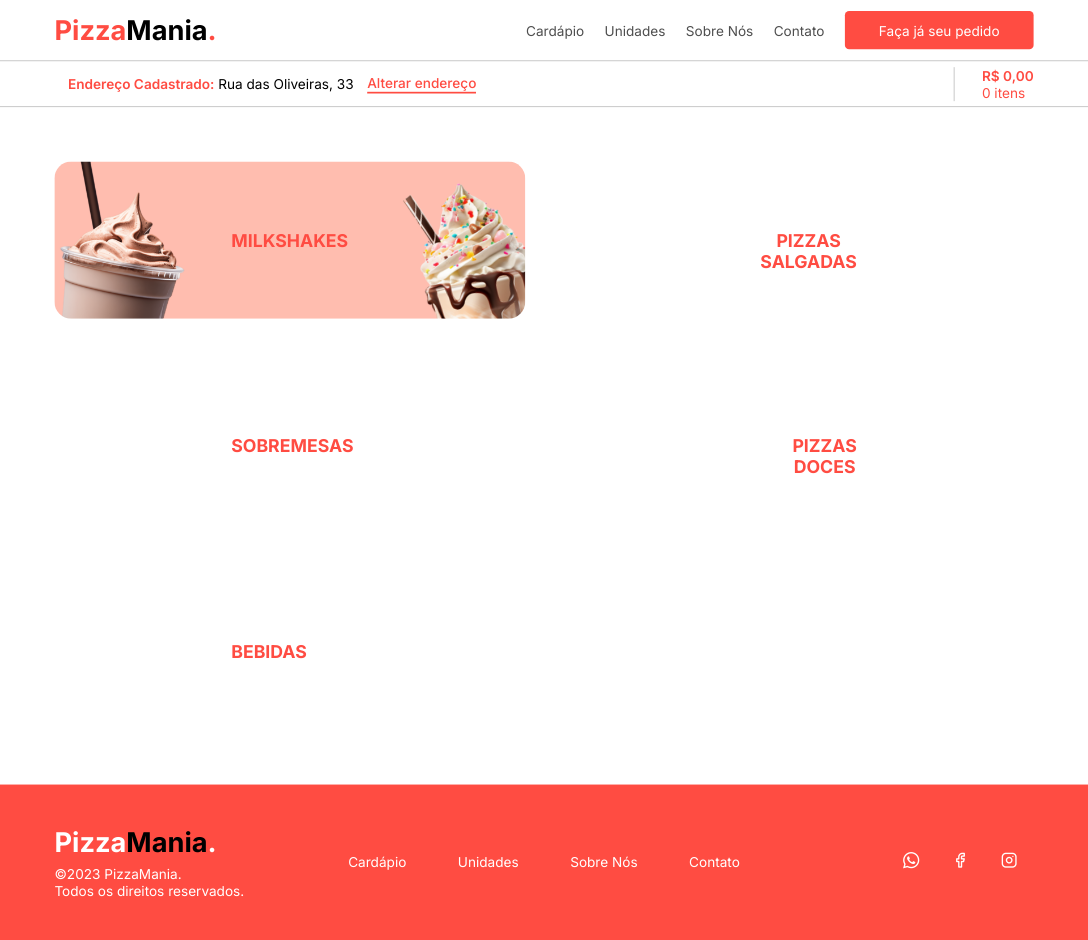
Repository: lucas-albuq/PizzaMania
Page: assets/pages/cardapio.html
The author's editor kept a copy of each file at every save. The page is drawn from the files as they stood at one save, then again after the next save.
The browser window is 1280 px wide. The pictures show the whole page, at 85% of full size.
Some icons come from a web library that is not loaded, so they are not drawn. Some web libraries are served in a nearby version.

Above is the page before, as saved 2024-01-04 21:07:15.

### assets/pages/cardapio.html
<!DOCTYPE html>
<html lang="en">
<head>
    <meta charset="UTF-8">
    <meta name="viewport" content="width=device-width, initial-scale=1.0">
    <title>PizzaMania. - Cardápio</title>
    <link rel='stylesheet' href='https://cdn-uicons.flaticon.com/2.0.0/uicons-regular-rounded/css/uicons-regular-rounded.css'>
    <link rel="stylesheet" href="/assets/fonts/style.css">
    <link rel="stylesheet" href="/assets/css/pizzamania.css">
</head>
<body>
    <div id="header"></div>
    <main>
        <div class="categorias-cardapio">
            <a href="#">
                <div class="milkshakes">
                    <h2>Milkshakes</h2>
                </div>
            </a>
            <a href="#">
                <div class="pizzas-salgadas">
                    <h2>Pizzas <br>Salgadas</h2>
                </div>
            </a>
            <a href="#">
                <div class="sobremesas">
                    <h2>Sobremesas</h2>
                </div>
            </a>
            <a href="#">
                <div class="pizzas-doces">
                    <h2>Pizzas <br>Doces</h2>
                </div>
            </a>
            <a href="#">
                <div class="bebidas">
                    <h2>Bebidas</h2>
                </div>
            </a>
        </div>
    </main>
    <div id="footer"></div>
    <script src="https://ajax.googleapis.com/ajax/libs/jquery/3.1.0/jquery.min.js"></script>
    <script src="../../main.js"></script>
</body>
</html>

### assets/fonts/style.css
@font-face {
  font-family: 'icomoon';
  src:  url('fonts/icomoon.eot?r532as');
  src:  url('fonts/icomoon.eot?r532as#iefix') format('embedded-opentype'),
    url('fonts/icomoon.ttf?r532as') format('truetype'),
    url('fonts/icomoon.woff?r532as') format('woff'),
    url('fonts/icomoon.svg?r532as#icomoon') format('svg');
  font-weight: normal;
  font-style: normal;
  font-display: block;
}

[class^="icon-"], [class*=" icon-"] {
  /* use !important to prevent issues with browser extensions that change fonts */
  font-family: 'icomoon' !important;
  speak: never;
  font-style: normal;
  font-weight: normal;
  font-variant: normal;
  text-transform: none;
  line-height: 1;

  /* Better Font Rendering =========== */
  -webkit-font-smoothing: antialiased;
  -moz-osx-font-smoothing: grayscale;
}

.icon-delivery:before {
  content: "\e909";
}
.icon-pizza:before {
  content: "\e90a";
}
.icon-fatia:before {
  content: "\e90b";
}
.icon-whatsapp:before {
  content: "\e900";
}
.icon-brand:before {
  content: "\e900";
}
.icon-social:before {
  content: "\e900";
}
.icon-facebook:before {
  content: "\e902";
}
.icon-instagram:before {
  content: "\e903";
}
.icon-mail:before {
  content: "\e904";
}
.icon-map-pin:before {
  content: "\e905";
}
.icon-menu:before {
  content: "\e901";
}
.icon-phone:before {
  content: "\e906";
}
.icon-x:before {
  content: "\e907";
}
.icon-youtube:before {
  content: "\e908";
}

### assets/css/pizzamania.css
@import url('https://fonts.googleapis.com/css2?family=Inter:wght@100;200;300;400;500;600;700;800;900&display=swap');

:root {
  --base-hue: 3;
  --primary-color: hsl(var(--base-hue), 100%, 63%);
  --secondary-color: hsl(var(--base-hue), 0%, 0%);
  --text-color: hsl(var(--base-hue), 0%, 31%);
  --text-hover-color: hsl(var(--base-hue), 0%, 51%);
  --background-color: hsl(var(--base-hue), 0%, 100%);
  --button-background: hsl(var(--base-hue), 100%, 63%);
  --button-hover-background: hsl(var(--base-hue), 67%, 47%);
  --divider-color: hsl(var(--base-hue), 0%, 75%);
  --shadow-color:rgba(0, 0, 0, 0.25);
  --box-shadow: 0px 2px 8px 0px rgba(0, 0, 0, 0.25);
}

* {
  padding: 0;
  margin: 0;
  scroll-behavior: smooth;
  font-family: 'Inter', sans-serif;
  box-sizing: border-box;
}

header {
  display: flex;
  flex-direction: column;
  align-items: center;
}

main{
  max-width: 80em;
  width: 90%;
  margin: 4em auto;
  display: flex;
  flex-direction: column;
  gap: 4em;
}

section{
  display: flex;
  flex-direction: column;
  gap: 2em;
}

h2{
  font-size: 1.3em;
  color: var(--primary-color);
  text-transform: uppercase;
}

h3{
  font-size: 1.2em;
}

.header1, .header2 {
  display: flex;
  max-width: 80em;
  width: 90%;
  justify-content: space-between;
  align-items: center;
}

.header1 {
  padding: .8em 0;
}

.header2 {
  padding: .4em 0;
}

.header1 h1 a {
  color: var(--primary-color);
  font-size: 2rem;
}

.header1 h1 span {
  color: var(--secondary-color);
}

.header1_menus {
  display: flex;
  gap: 1.5em;
}

.header1 nav {
  display: flex;
  align-items: center;
}

.header1 ul {
  display: flex;
  list-style-type: none;
  align-items: center;
  justify-content: center;
  gap: 1.5em;
  align-items: center;
}

.header1 a {
  text-decoration: none;
  color: var(--text-color);
  font-size: 1rem;
  transition: color .2s;
}

.header1 nav a:hover {
  color: var(--text-hover-color);
}

.header1 button {
  padding: .8em 2.5em;
  border-radius: 5px;
  line-height: initial;
  align-self: center;
  background-color: var(--button-background);
  border: none;
  color: #FFF;
  font-size: 1rem;
  cursor: pointer;
  transition: background .2s;
}

.header1 button:hover {
  background-color: var(--button-hover-background);
}

.divider {
  border-bottom: 1px solid var(--divider-color);
  width: 100%;
}

.header2 .endereco, .header2 .carrinho {
  display: flex;
  gap: 1em;
  align-items: center;
}

.header2 .carrinho {
  border-left: 1px solid var(--divider-color);
  padding-left: 1em;
  cursor: pointer;
}

.header2 .fi, .header2 span, .carrinho p {
  color: var(--primary-color);
  transition: color .2s;
}

.header2 .endereco button {
  background: none;
  border: none;
  font-size: 1rem;
  color: var(--primary-color);
  font-weight: 500;
  border-bottom: 2px solid var(--primary-color);
  cursor: pointer;
  transition: color .2s;
}

.header2 .endereco button:hover {
  color: var(--button-hover-background);
  border-color: var(--button-hover-background);
}

.header2 .carrinho:hover .valor p, .carrinho:hover .fi {
  color: var(--button-hover-background);
}

.header2 span, .carrinho p:first-child {
  font-weight: 600;
}

footer{
  background-color: var(--primary-color);
}
footer .footer{
  display: flex;
  max-width: 80em;
  width: 90%;
  margin: 0 auto;
  justify-content: space-between;
  align-items: center;
  padding: 3em 0;
}
.footer .footer-menu{
  width: 40%;
}
.footer .footer-menu ul{
  display: flex;
  list-style-type: none;
  justify-content: space-between;
}
.footer .footer-menu a{
  color: var(--background-color);
  text-decoration: none;
  transition: color .2s
}
.footer-menu a:hover{
  color: var(--divider-color)
}
.footer-logo-copy, .footer-social-medias{
  width: 20%;
}
.footer-social-medias{
  display: flex;
  justify-content: end;
  align-items: center;
}
.footer-social-medias a{
  text-decoration: none;
}
.footer-social-medias div {
  color: var(--background-color);
  font-size: 1.2rem;
  padding: 1em;
  transition: all .5s ease;
}

.footer-social-medias div:hover {
  transform: translateY(-5px);
}
.footer-social-medias div::after{
  content: "";
  display: block;
  width: 0;
  height: 3px;
  margin-top: 3px;
  border-radius: 5px;
  background: var(--background-color);
  transition: all .2s ease;
}
.footer-social-medias div:hover::after{
  width: 100%;
}
.footer-logo-copy{
  display: flex;
  flex-direction: column;
  gap: .5em;
  color: var(--background-color)
}
.footer-logo-copy a{
  color: var(--background-color);
  text-decoration: none;
}
.footer-logo-copy a span{
  color: var(--secondary-color);
}
.servicos > div{
  display: flex;
  justify-content: space-between;
}
.servicos > div > div{
  box-shadow: var(--box-shadow);
  display: flex;
  flex-direction: column;
  align-items: center;
  justify-content: center;
  padding: 2.5em;
  width: 30%;
  gap: 1.5em;
  border-radius: 20px;
  border-bottom: var(--primary-color) solid 8px;
}

.servicos img{
  height: 3.5em;
}

.servicos p{
  text-align: center;
}

.carrossel .swiper {
  width: 100%;
  aspect-ratio: 16/6;
  border-radius: 20px;
}
.carrossel .swiper img{
  width: 100%;
  aspect-ratio: 16/6;
  filter: brightness(75%);
}
.swiper-pagination-bullet{
  padding: 3px;
}
.swiper-pagination-bullet-active{
  background: var(--primary-color);
}
.swiper-button-next, .swiper-button-prev{
  color: #FFF
}
.promocoes .swiper-slide, .assessments .swiper-slide{
  padding: 1em .2em;
}
.promocoes .card{
  display: flex;
  flex-direction: column;
  padding: 2em;
  gap: 2em;
  box-shadow: var(--box-shadow);
  border-radius: 20px;
}
.promocoes .card-top, .promocoes .card-bottom{
  display: flex;
  justify-content: space-between;
}
.promocoes .card-top-text{
  width: 65%;
  display: flex;
  flex-direction: column;
  gap: 1em;
}
.promocoes .card-top-image{
  width: 35%;
}
.promocoes .card-top-image img{
  width: 100%;
}
.promocoes .card-bottom p span{
  font-weight: bold;
  font-size: 1.2em;
}
.promocoes .card-bottom button{
  border: none;
  background: var(--button-background);
  padding: 0 3em;
  border-radius: 5px;
  color: #FFF;
  font-size: 1rem;
  cursor: pointer;
  transition: background .2s;
}
.promocoes .card-bottom button:hover{
  background: var(--button-hover-background);
}
.swiper-container{
  overflow: hidden;
}
/*Novamente reutilizando código antigo meu (é meu msm)*/
.assessments .assessments__container .swiper-wrapper{
  display: flex;
  flex-wrap: nowrap;
}
.assessments .assessments__container .assessments__assessment blockquote{
  padding: 2em;
  box-shadow: var(--box-shadow);
  border-radius: 20px;
  height: auto;
  width: 100%;
}
.assessments .assessments__container .assessments__assessment p{
  position: relative;
  text-indent: 1.875rem;
  margin-bottom: 1.5rem;
  color: var(--title-color);
}
.assessments .assessments__container .assessments__assessment p span{
  font-size: 4rem;
  font-family: serif;
  font-weight: 700;
  position: absolute;
  color: var(--primary-color);
  top: -1.375rem;
  left: -2.300rem;
}
.assessments .assessments__container .assessments__assessment cite {
  display: flex;
  align-items: center;
  font-style: normal;
  text-transform: capitalize;
}
.assessments .assessments__container .assessments__assessment cite img{
  height: 2rem;
  width: 2rem;
  object-fit: cover;
  clip-path: circle();
  margin-right: 0.5rem;
}
.categorias-cardapio{
  display: flex;
  flex-wrap: wrap;
  gap: 2em;
  justify-content: space-between;
}
.categorias-cardapio div{
  padding: 5em 13em;
  text-align: center;
  display: flex;
  align-items: center;
  border-radius: 20px;
}
.categorias-cardapio a{
  text-decoration: none;
}
.categorias-cardapio .milkshakes{
  background-image: url("/assets/images/Milkshakes.png");
  background-size: 100% auto;
  background-position: center;
  background-repeat: no-repeat;

}

### main.js
document.addEventListener('DOMContentLoaded', function() {
    const header = document.getElementById('header');
    const footer = document.getElementById('footer');

    fetch('/assets/html/header.html')
        .then(response => response.text())
        .then(data => {
            header.innerHTML = data;

            const fazerPedido = document.querySelector(".header1_menus button");
            fazerPedido.addEventListener("click", () => window.open('./assets/pages/cardapio.html', '_self'));
        });

    fetch('/assets/html/footer.html')
        .then(response => response.text())
        .then(data => {
            footer.innerHTML = data;
        });
});

### assets/html/header.html
<header>
        <div class="header1">
            <h1><a href="/index.html">Pizza<span>Mania</span>.</a></h1>
            <div class="header1_menus">
                <nav>
                    <ul>
                        <li><a href="#">Cardápio</a></li>
                        <li><a href="#">Unidades</a></li>
                        <li><a href="#">Sobre Nós</a></li>
                        <li><a href="#">Contato</a></li>
                    </ul>
                </nav>
                <button>
                    Faça já seu pedido
                </button>
            </div>
        </div>
        <div class="divider"></div>
        <div class="header2">
            <div class="endereco">
                <i class="fi fi-rr-home"></i>
                <p><span>Endereço Cadastrado:</span> Rua das Oliveiras, 33</p>
                <button>Alterar endereço</button>
            </div>
            <div class="carrinho">
                <i class="fi fi-rr-shopping-cart"></i>
                <div class="valor">
                    <p>R$ 0,00</p>
                    <p>0 itens</p>
                </div>
            </div>
        </div>
        <div class="divider"></div>
    </header>

### assets/html/footer.html
<footer>
    <div class="footer">
        <div class="footer-logo-copy">
            <h1><a href="/index.html">Pizza<span>Mania</span>.</a></h1>
            <p>
                ©2023 PizzaMania. <br>
                Todos os direitos reservados.
            </p>
        </div>
        <nav class="footer-menu">
            <ul>
                <li><a href="">Cardápio</a></li>
                <li><a href="">Unidades</a></li>
                <li><a href="">Sobre Nós</a></li>
                <li><a href="">Contato</a></li>
            </ul>
        </nav>
        <div class="footer-social-medias">
            <a href="#">
                <div class="icon-whatsapp"></div>
            </a>
            <a href="#">
                <div class="icon-facebook"></div>
            </a>
            <a href="#">
                <div class="icon-instagram"></div>
            </a>
        </div>
    </div>
</footer>

After the next save:
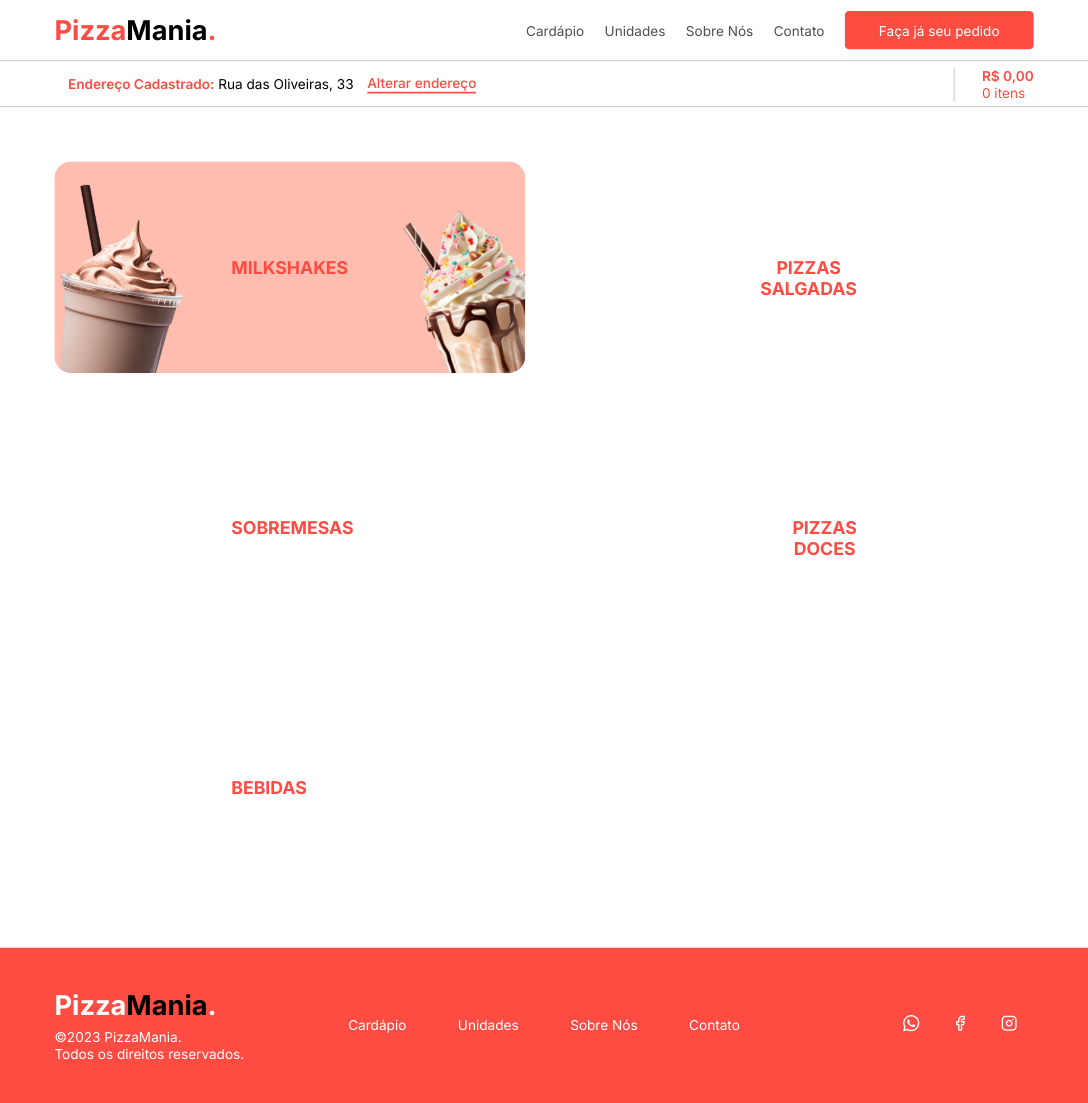
Saved 8 s later.
--- a/assets/css/pizzamania.css
+++ b/assets/css/pizzamania.css
@@ -384,7 +384,7 @@
   justify-content: space-between;
 }
 .categorias-cardapio div{
-  padding: 5em 13em;
+  padding: 7em 13em;
   text-align: center;
   display: flex;
   align-items: center;

After the save that followed:
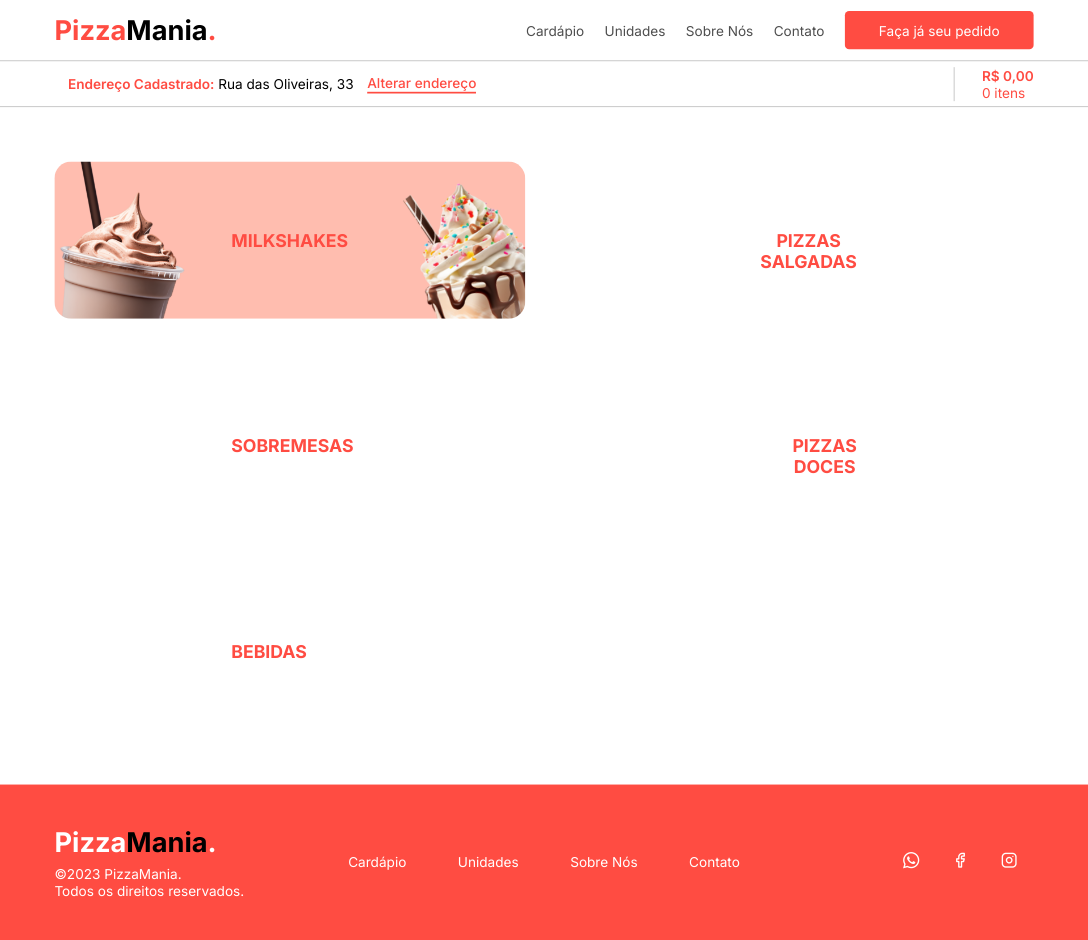
Saved 16 s later.
--- a/assets/css/pizzamania.css
+++ b/assets/css/pizzamania.css
@@ -384,7 +384,7 @@
   justify-content: space-between;
 }
 .categorias-cardapio div{
-  padding: 7em 13em;
+  padding: 5em 13em;
   text-align: center;
   display: flex;
   align-items: center;
